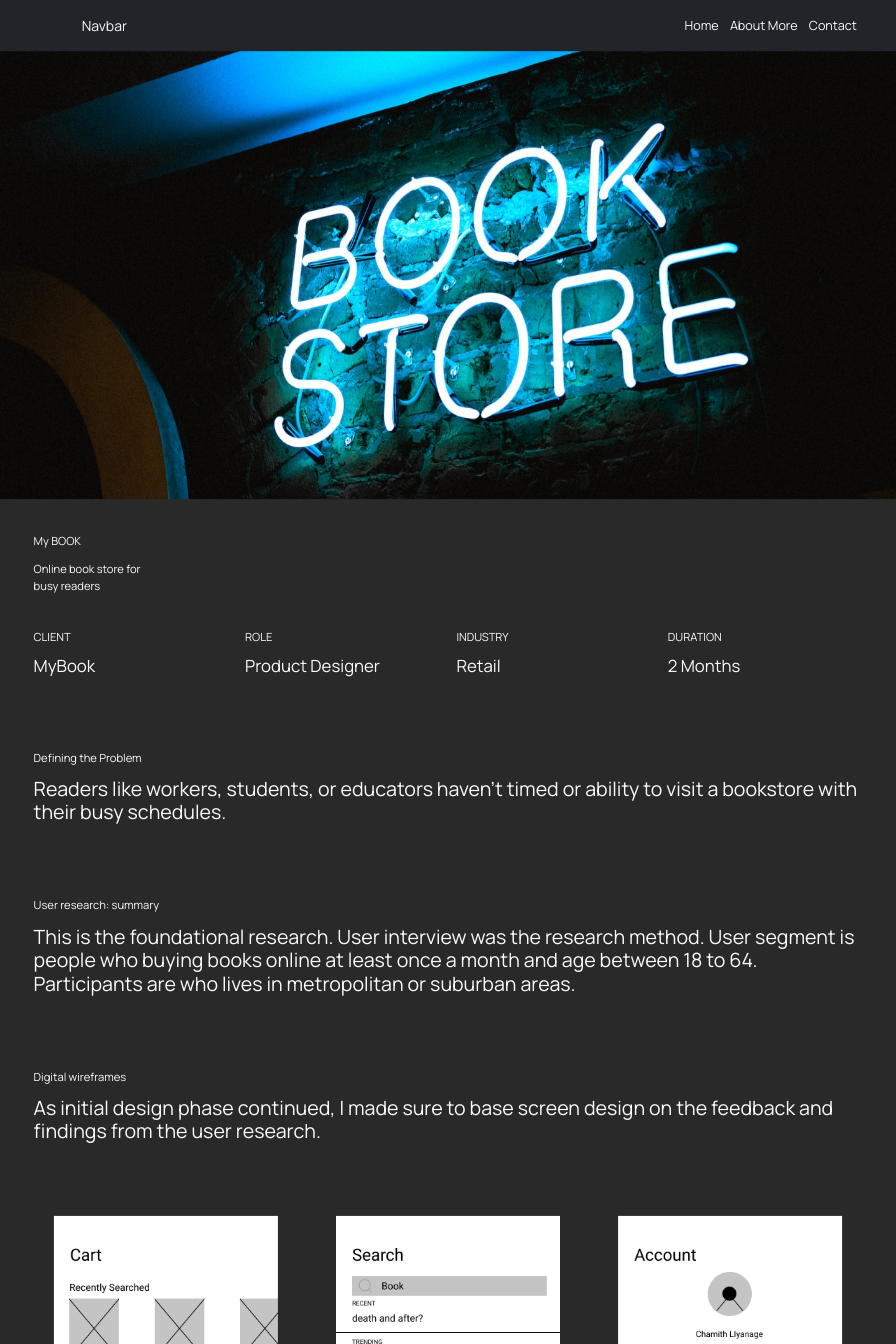
Repository: Realchamithweb/chamith-html
Page: work.html
The author's editor kept a copy of each file at every save. The page is drawn from the files as they stood at one save, then again after a run of saves.
The browser window is 1280 px wide. The pictures show the part of the page from y = 0 to 1920 px (the page is 5558 px tall before and 5487 px after), at 70% of full size.

Above is the page before, as saved 2023-01-24 08:01:06.

After the next 2 saves:
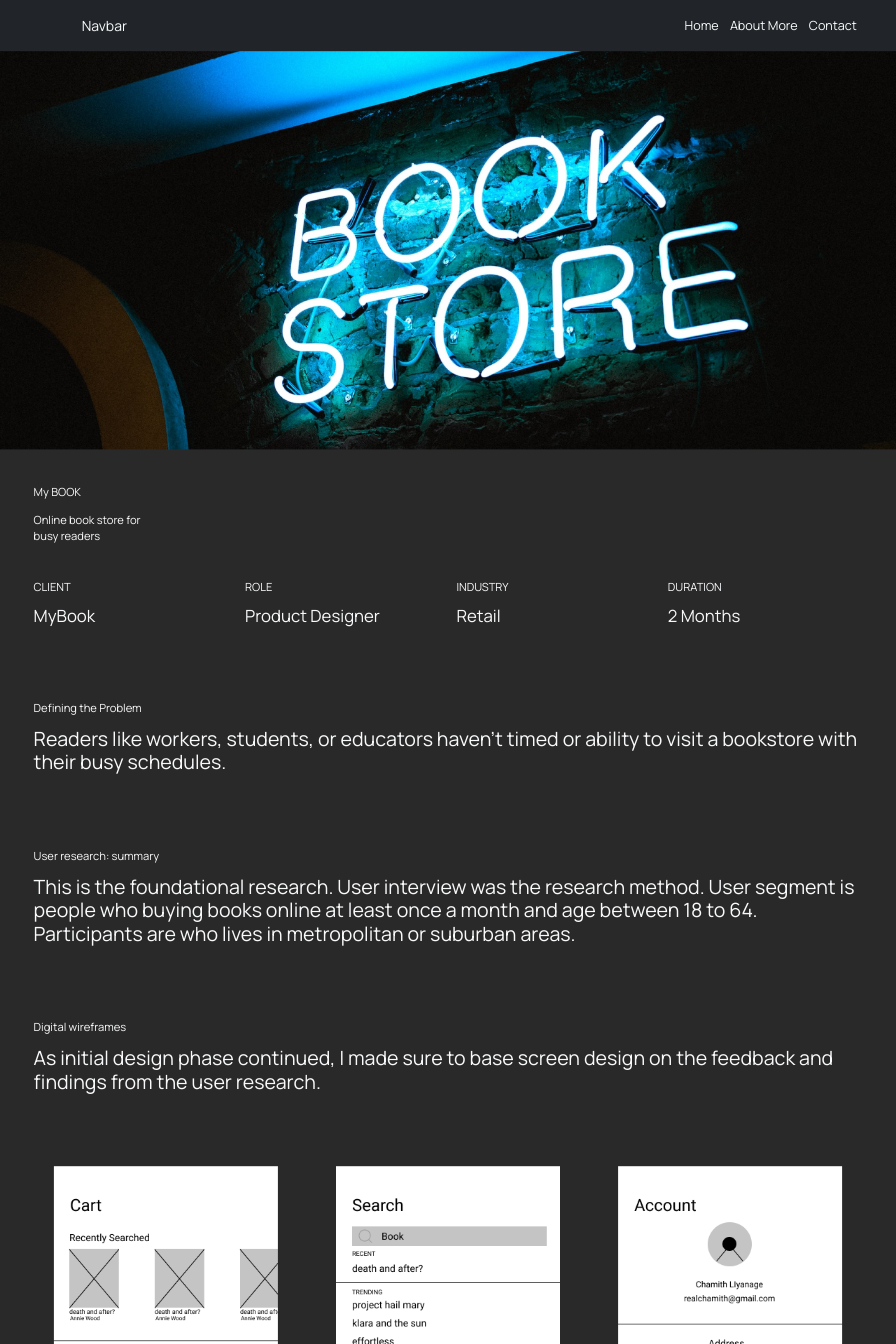
The 2 saves are shown as one change because they came seconds apart.
The last was saved 103 s later.
--- a/work.html
+++ b/work.html
@@ -38,7 +38,7 @@
             </div>
             <section>
                 <div class="row">
-                    <img src="/inc/work-top.png" class="work-hero">
+                    <img src="/inc/work-top.png" class="class="img-fluid w-100">
                 </div>
             </section>
             <section>
